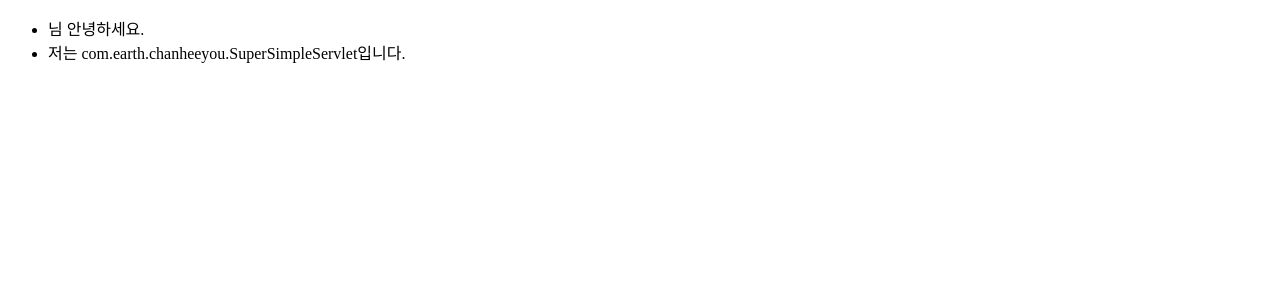
Repository: chanhee0506/spring
Page: http://localhost/SimpleServletWeb/super-simple
An editor plug-in stored every save of this project. The page is shown before and after the next save, followed by the edit.
The browser window is 1280 px wide. The pictures show the whole page.
The page is served by Tomcat 9. Other server files are loaded and not shown.

Above is the page before, as saved 2023-03-31 03:00:47.

### SimpleServletWeb/src/main/webapp/WEB-INF/views/helloearth.jsp

<%@ page language="java" contentType="text/html; charset=UTF-8"
    pageEncoding="UTF-8"%>
<!DOCTYPE html>
<html lang="ko">
<head>
    <meta charset="UTF-8">
    <meta http-equiv="X-UA-Compatible" content="IE=edge">
    <meta name="viewport" content="width=device-width, initial-scale=1.0">
    <title>Document</title>
</head>
<body>
	<ul>
		<li>
		${name}님 안녕하세요.
		</li>
		<li>
			저는 ${ServletName}입니다.
		</li>
	</ul>

</body>
</html>

### SimpleServletWeb/src/main/java/com/earth/chanheeyou/SuperSimpleServlet.java
package com.earth.chanheeyou;

import java.io.IOException;

import javax.servlet.ServletException;
import javax.servlet.ServletRequest;
import javax.servlet.ServletResponse;
import javax.servlet.annotation.WebServlet;
import javax.servlet.http.HttpServlet;



@WebServlet("/super-simple")
public class SuperSimpleServlet extends HttpServlet {

	@Override
	public void service(ServletRequest request, ServletResponse response) throws ServletException, IOException {


		response.setContentType("text/html;char=utf-8");
		request.setCharacterEncoding("utf-8");
		String name = request.getParameter("name");

		request.setAttribute("ServletName", getServletName());
		request.setAttribute("name", name);


		request.getRequestDispatcher("WEB-INF/views/helloearth.jsp").forward(request, response);


	}
}

After the next save:
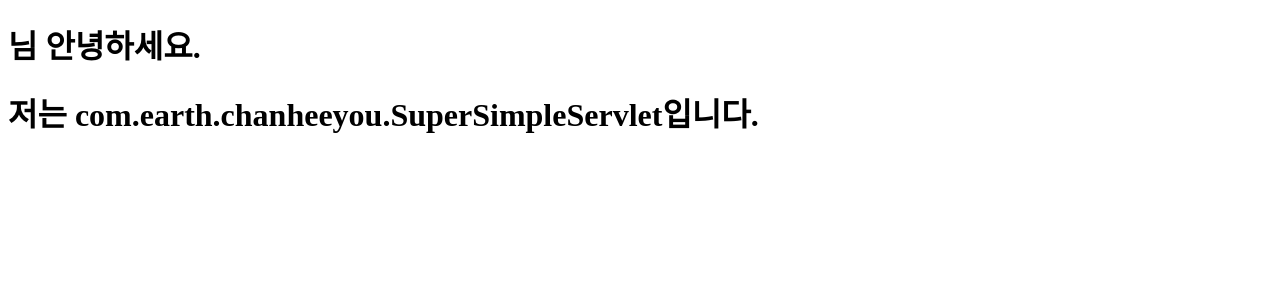
Saved 14 min 21 s later.
--- a/SimpleServletWeb/src/main/webapp/WEB-INF/views/helloearth.jsp
+++ b/SimpleServletWeb/src/main/webapp/WEB-INF/views/helloearth.jsp
@@ -1,4 +1,3 @@
-
 <%@ page language="java" contentType="text/html; charset=UTF-8"
     pageEncoding="UTF-8"%>
 <!DOCTYPE html>
@@ -10,14 +9,11 @@
     <title>Document</title>
 </head>
 <body>
-	<ul>
-		<li>
-		${name}님 안녕하세요.
-		</li>
-		<li>
-			저는 ${ServletName}입니다.
-		</li>
-	</ul>
-
+	<h1>
+	${name}님 안녕하세요.
+	</h1>
+	<h1>
+		저는 ${ServletName}입니다.
+	</h1>
 </body>
 </html>
